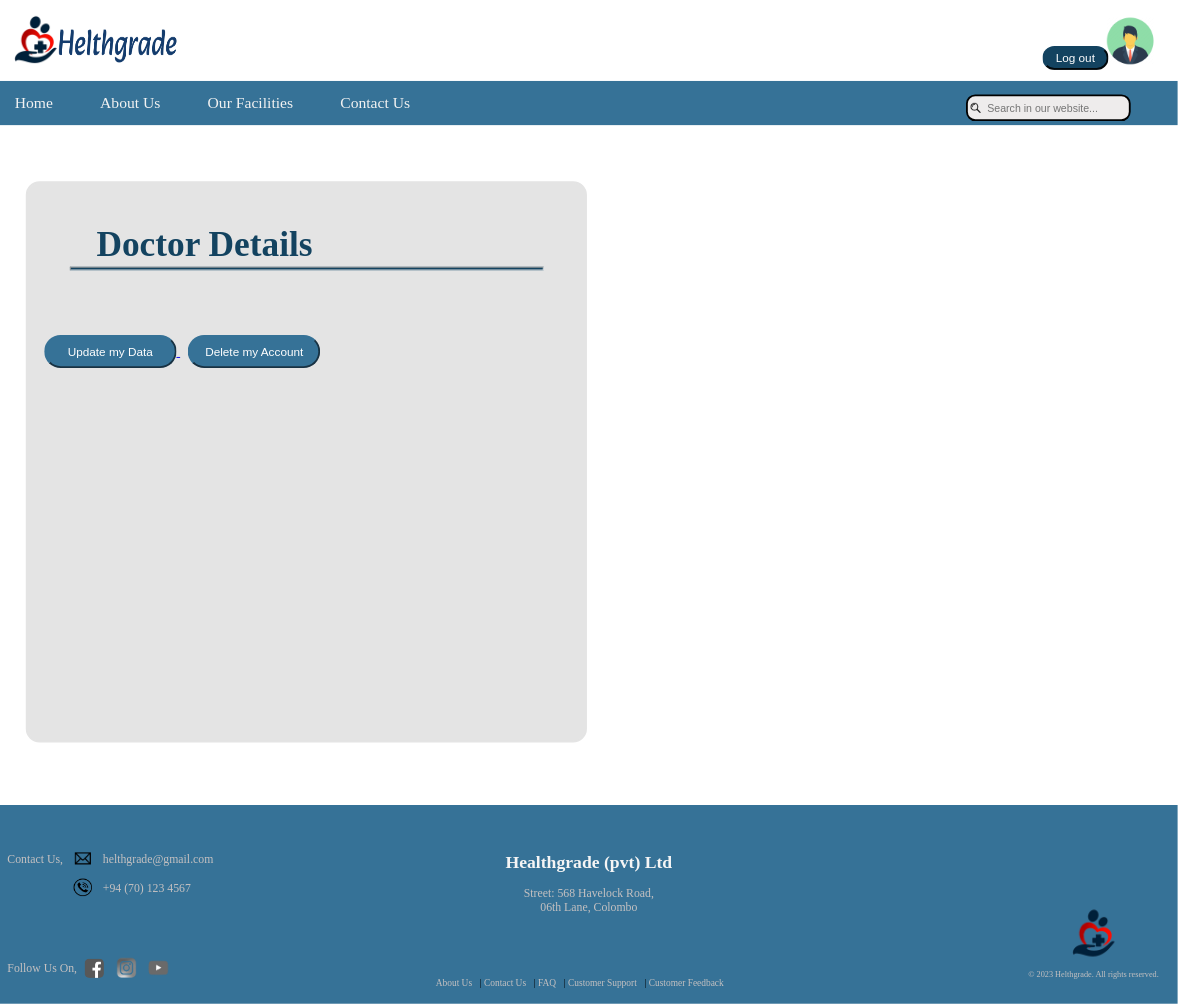
Repository: ILWijewardhana/echannelling-System
Page: http://localhost/echanneling/Doctor.jsp
These files come from the project's save history. The page is drawn as it stood at one moment and after the next save; the edit follows.
The browser window is 1280 px wide. The pictures show the whole page, at 92% of full size.
The page is served by Tomcat 9. Other server files are loaded and not shown. The template is opened directly, without the code that normally fills it, so the values that code supplies are empty.

Above is the page before, as saved 2024-05-13 17:31:13.

### echanneling/src/main/webapp/Doctor.jsp
<%@ page language="java" contentType="text/html; charset=ISO-8859-1"
    pageEncoding="ISO-8859-1"%>
    <%@taglib prefix="c" uri="http://java.sun.com/jsp/jstl/core"%>

<!DOCTYPE html>
<html>
<head>
<meta charset="ISO-8859-1">
<title>Doctor account</title>

	 <link rel="stylesheet" href="CSS/doctor.css">
  </head>
  <body>



  <div class="login">
    <img src="Images/logo.png" id="logo" alt="channel logo">
    <img src="Images/title1.png" id="title" alt="channel title">
    <img src="Images/worker.png" id="pImg" alt="profile image">
  </div>
  <div class="Aname">
    <a href="Home.jsp" id="logout" ><button>Log out</button></a>
  </div>



<!--navigation bar-->
<div class="navBarDiv">
    <div class="topnav">
    <a href="Home.jsp">Home</a>
    <a href="aboutUs.jsp">About Us</a>
    <a href="ourfacility.jsp">Our Facilities</a>
    <a href="contactUs.jsp">Contact Us</a>
</div>

      <div class="search">
        <form style="height: 100%;" onsubmit="return false">
          <input type="search" placeholder="Search in our website..." id="searchBar" onsearch="search()">
          <img src="Images/search.png">
          <script src="JS/searchBar.js"></script>
          <input type="submit" id="searchSubmit">
        </form>
      </div>



   <div id="doc">
    <table  style="width:100%">
        <tr>
            <th align="left">
            <h1>Doctor Details</h1>
            <hr>
            	<table id="table" style="width:90%">
				<c:forEach var ="doc" items ="${docDetails}">

					<c:set var="id" value="${doc.id}"/>
					<c:set var="fname" value="${doc.firstName}"/>
					<c:set var="lname" value="${doc.lastName}"/>
					<c:set var="specialization" value="${doc.specialization}"/>
					<c:set var="address" value="${doc.address}"/>
					<c:set var="email" value="${doc.email}"/>
					<c:set var="phone" value="${doc.phone}"/>
					<c:set var="gender" value="${doc.gender}"/>
					<c:set var="username" value="${doc.username}"/>
					<c:set var="password" value="${doc.password}"/>

					<tr>
						<td>Doctor ID</td>
						<td>${doc.id}</td>
					</tr>
					<tr>
						<td>First Name</td>
						<td>${doc.firstName}</td>
					</tr>
					<tr>
						<td>Last Name</td>
						<td>${doc.lastName}</td>
					</tr>
					<tr>
						<td>Specialization</td>
						<td>${doc.specialization}</td>
					</tr>
					<tr>
						<td>Address</td>
						<td>${doc.address}</td>
					</tr>
					<tr>
						<td>Email</td>
						<td>${doc.email}</td>
					</tr>
					<tr>
						<td>Contact no.</td>
						<td>${doc.phone}</td>
					</tr>
					<tr>
						<td>Gender</td>
						<td>${doc.gender}</td>
					</tr>
					<tr>
						<td>Username</td>
						<td>${doc.username}</td>
					</tr>
					<tr>
						<td>Password</td>
						<td>${doc.password}</td>
					</tr>

				</c:forEach>
				</table>

				<br>
				<br>

				<c:url value="UpdateDoctor.jsp" var="docupdate">
					<c:param name="id" value="${id}"/>
					<c:param name="fname" value="${fname}"/>
					<c:param name="lname" value="${lname}"/>
					<c:param name="specialization" value="${specialization}"/>
					<c:param name="address" value="${address}"/>
					<c:param name="email" value="${email}"/>
					<c:param name="phone" value="${phone}"/>
					<c:param name="gender" value="${gender}"/>
					<c:param name="uname" value="${username}"/>
					<c:param name="Pwd" value="${password}"/>
				</c:url>

                <a href="${docupdate}">
                <input type="button" name="update" class="button1" value="Update my Data">
                </a>

                <c:url value="DeleteDoctor.jsp" var="docdelete">
					<c:param name="id" value="${id}"/>
					<c:param name="fname" value="${fname}"/>
					<c:param name="lname" value="${lname}"/>
					<c:param name="specialization" value="${specialization}"/>
					<c:param name="address" value="${address}"/>
					<c:param name="email" value="${email}"/>
					<c:param name="phone" value="${phone}"/>
					<c:param name="gender" value="${gender}"/>
					<c:param name="uname" value="${username}"/>
					<c:param name="Pwd" value="${password}"/>
				</c:url>

                <a href="${docdelete}">
                <input type="button" name="delete" class="button1" value="Delete my Account">
                </a>

            </th>
        </tr>
    </table>
	<br><br>

	</div>


		   <!--footer-->
    <footer>
        <br><br>
        <table width="30%" class="footerTable">
          <tr>
            <td width="20%">Contact Us,</td>
            <td width="10%"><img src="Images/email.png" width="80%"></td>
            <td style="white-space:nowrap; text-align: left;">helthgrade@gmail.com</td>
          </tr>
          <tr>
            <td></td>
            <td><img src="Images/phone.png" width="55%"></td>
            <td style="text-align: left;">+94 (70) 123 4567</td>
          </tr>
        </table><br><br><br>

        <table width="30%" class="footerTable footerTableHover">
          <tr>
            <td>Follow Us On,</td>
            <td width="10%"><a href="https://www.facebook.com/" target="_blank"><img src="Images/facebook.png" class="fb"></a></td>
            <td width="10%"><a href="https://www.instagram.com/" target="_blank"><img src="Images/insta.png" class="insta"></a></td>
            <td width="10%"><a href="https://www.youtube.com/" target="_blank"><img src="Images/youtube.png" class="yt"></a></td>

            <td width="60%"></td>
          </tr>
        </table><br>

        <div class="address">
          <h2>Healthgrade (pvt) Ltd</h2>
          <p>Street: 568 Havelock Road,<br>06th Lane, Colombo</p>
        </div>

        <div class="hyperLinks">
          <p>
            <a href="aboutUs.jsp">About Us</a> |
            <a href="contactUs.jsp">Contact Us</a> |
            <a href="FAQ.jsp">FAQ</a> |
            <a href="customerSupport.jsp">Customer Support</a> |
            <a href="CustomerFeedback.jsp">Customer Feedback</a>
          </p>
        </div>
        <br><br>

        <div class="bottomLogo">
          <img src="Images/logo.png">
          <p>&copy; 2023 Helthgrade. All rights reserved.</p>
        </div>

      </footer>
    </body>
  </html>

### echanneling/src/main/webapp/CSS/doctor.css
@charset "ISO-8859-1";
body{
    margin: 0px;
    padding: 0px;
    background-color:white;


}

#logo{
    margin: 1%;
    position: absolute;
    margin-top: -1%;
    width: 6vw;
    margin-left: 0%;

}

#title{
    position: absolute;
    width: 10vw;
    margin-top: 1%;
    margin-left: 5%;
    margin-right: auto;
    height: 5%;

}

.login{
    margin-top: 1.5%;
}

#pImg {
    margin-right: 2%;
    width: 4%;
    float: right;
    margin-top:0%
  }
  .Aname h3{
    font-size: 1.3vw;
    text-align: right;
    font-family: Arial, Helvetica, sans-serif;
    margin-top:2%;
    color: #134360;
  }

  a{
    margin-right: 1.5%;
 }

 .Aname button{
    position: absolute;
    height: 3.5vh;
    width: 10vh;
    border-radius: 2vw;
    font-size: 1vw;
    color: white;
    background-color: #134360;
    cursor: pointer;
    transition: 1s;
    left: 88.5%;
    border-color:#134360 ;
    top: 7%;
  }
  .Aname button:hover {
    filter: drop-shadow(0 0 3px #000);
    transform: scale(1);
    transition: 1s;
  }

  /* navigation bar */

.topnav {
    margin-top: 4%;
    overflow: hidden;
    background-color: #367297;
  }

.topnav a {
    float: left;
    color: #f2f2f2;
    text-align: center;
    padding: 14px 16px;
    text-decoration: none;
    font-size: 17px;
  }

.topnav a:hover {
    background-color: #eeecec;
    color: black;
  }

.topnav a.active {
    background-color: #134360;
    color: white;
  }


/*search bar*/
.search {
    width: 14vw;
    height: 4vh;
    margin-left: 82%;
    margin-top: -1.5%;
    transform: translateY(-50%);
    transition: 1s;
  }

.search input {
    margin-bottom: 2%;
    border-color: black;
    background-color:#eeecec;
    border: 2px solid ;
    border-radius: 10px;
    padding-left: 12%;
    width: 100%;
    height: 100%;
    font-size: 1vw;
    transition: 1s;
    color: black;
  }
.search input::placeholder {

    font-size: .9vw;
  }

.search input::-ms-input-placeholder {
    color: grey;
  }

.search img {
    width: .9vw;
    position: absolute;
    left: 3%;
    top: 50%;
    transform: translateY(-50%);
  }

.search input[type=submit] {
    visibility: hidden;
  }

  #doc {
    border: 2px solid ;
    border-color: #e4e4e4;
    border-radius: 15px;
    width: 45%;
    height: 80vh;
    position: relative;
    margin-top: 4%;
    left: 26%;
    transform: translate(-50%);
    transition: 1s;
    background-color:#e4e4e4;
    padding: 15px;
  }
  #doc h1 {
    font-size: 3vw;
    margin-left:10%;
    transition: 1s;
    color:#134360;
  }

  #doc hr{
     height:2px;
      width:90%;
     margin-left:5%;
      background-color: #134360;
      margin-top:-4%;
  }



  #table {
	  font-family: Arial, Helvetica, sans-serif;
	  border-collapse: collapse;
	  width: 100%;
	  border-radius:10px;
	  margin-left:5%;
	  margin-top:6%;
	}
	#table td, #doct th {
	  border: 1px solid #ddd;
	  padding: 8px;
	}
	#table tr:nth-child(even){background-color: #f2f2f2;}
	#table tr:hover {background-color: #ddd;}
	#table th {
	  padding-top: 12px;
	  padding-bottom: 12px;
	  text-align: left;
	  background-color: #04AA6D;
	  color: white;
	}

	.btn1{
	background-color: #367297;
	height: 5vh;
    width: 20vh;
    border-radius: 2vw;
    font-size: 1vw;
    color: white;
    border-color:#367297 ;
    transition: 1s;
	}

  .btn1:hover {
    filter: drop-shadow(0 0 3px #000);
    transform: scale(1);
    transition: 1s;
  }

  .button1{
	background-color: #367297;
	height: 5vh;
    width: 20vh;
    border-radius: 2vw;
    font-size: 1vw;
    color: white;
    border-color:#367297 ;
    transition: 1s;
	}

  .button1:hover {
    filter: drop-shadow(0 0 3px #000);
    transform: scale(1);
    transition: 1s;
  }

  .button2{
	background-color: #367297;
	height: 5vh;
    width: 20vh;
    border-radius: 2vw;
    font-size: 1vw;
    color: white;
    border-color:#367297 ;
    transition: 1s;
    margin-top:3%;
    margin-left:2%;
	}

  .button2:hover {
    filter: drop-shadow(0 0 3px #000);
    transform: scale(1);
    transition: 1s;
  }

   /* footer */

footer {
    display: block;
    box-sizing: border-box;
    position: relative;
    padding: 5px 5px 0px 5px;
    left: 0px;
    right: 0px;
    bottom: -10px;
    margin-top: 8vh;
    overflow: hidden;
    width: 100%;
    background-color: #367297;
    height: 30vh;
  }
  .footerTable td {
    font-size: 105%;
    font-size: 1vw;
    margin-top: 5vh;
    color: rgb(197, 193, 193);
  }
  .footerTable tr td {
    text-align: center;
    margin-top: 4vh;
  }
  .footerTable td:first-child {
    width: 1%;
    white-space: nowrap;
  }
  .socials {
    position: absolute;
    margin-top: -2.1%;
    margin-left: 4%;
  }
  .fb {
    margin-top: 10%;
    width: 70%;
    border-radius: 5px;
  }
  .insta {
    margin-top: 10%;
    width: 70%;
  }
  .yt {
    margin-top: 10%;
    width: 80%;
  }
  .tiktok {
    margin-top: 10%;
    width: 70%;
    border-radius: 5px;
  }
  .footerTableHover img:hover {
    transform: scale(110%);
    filter: drop-shadow(0px 0px 1px #000);
  }
  .address {
    position: absolute;
    top: 32%;
    left: 50%;
    transform: translate(-50%, -50%);
    text-align: center;
  }
  .address h2 {
    margin-top: 25%;
    font-size: 1.5vw;
    color:whitesmoke;
  }
  .address p {
    font-size: 1vw;
    color: rgb(197, 193, 193);
  }
  .hyperLinks {
    position: absolute;
    font-size: .8vw;
    top: 90%;
    left: 52%;
    transform: translate(-50%, -50%);
    width: 30%;
  }
  .hyperLinks p a {
    text-decoration: none;
    color: rgb(197, 193, 193);
  }
  .hyperLinks p a:hover {
    color:black;
  }
  .hyperLinks .currentFooter {
    font-weight: bold;
  }
  .hyperLinks .currentFooter:hover {
    cursor: default;
  }
  .bottomLogo {
    padding: 5px;
    position: absolute;
    right: 0;
    width: 15vw;
    height: fit-content;
    top: 50%;
    transform: translate(0, -45%);
  }
  .bottomLogo img {
    position: relative;
    width: 40%;
    margin-top: 35%;
    left: 35%;
  }
  .bottomLogo p {
    position: relative;
    font-size: .7vw;
    text-align: center;
    margin-top: -2%;
    color: rgb(197, 193, 193);
    left: 5%;
  }

### echanneling/src/main/webapp/JS/searchBar.js
/**
 *
 */function search()
{
    var text = document.getElementById("searchBar").value;
    text = text.toLowerCase();
    if(text == 'home')
    {
        window.location = "../HTML/Home.html";
    }
    else if(text == 'our work')
    {
        window.location = "../HTML/ourWork.html";
    }
    else if(text == 'admin login')
    {
        window.location = "../HTML/adminLogin.html";
    }
    else if(text == 'employee login')
    {
        window.location = "../HTML/employeeLogin.html";
    }
    else if(text == 'login')
    {
        window.location = "../HTML/login.html";
    }
    else if(text == 'customer support')
    {
        window.location = "../HTML/customerSupport.html";
    }
    else if(text == 'feedback')
    {
        window.location = "../HTML/feedback.php";
    }
    else if(text == 'what we do')
    {
        window.location = "../HTML/whatWeDo.html";
    }
    else if(text == 'about us' || text == 'who we are')
    {
        window.location = "../HTML/aboutUs.html";
    }
    else if(text == 'contact us')
    {
        window.location = "../HTML/contactUs.html";
    }
    else if(text == 'faq')
    {
        window.location = "../HTML/FAQ.html";
    }
    else if(text == 'register')
    {
        window.location = "../HTML/register.html";
    }
    else
    {
        alert("No such webpage available. Try 'home'");
    }
    console.log(text);
}

After the next save:
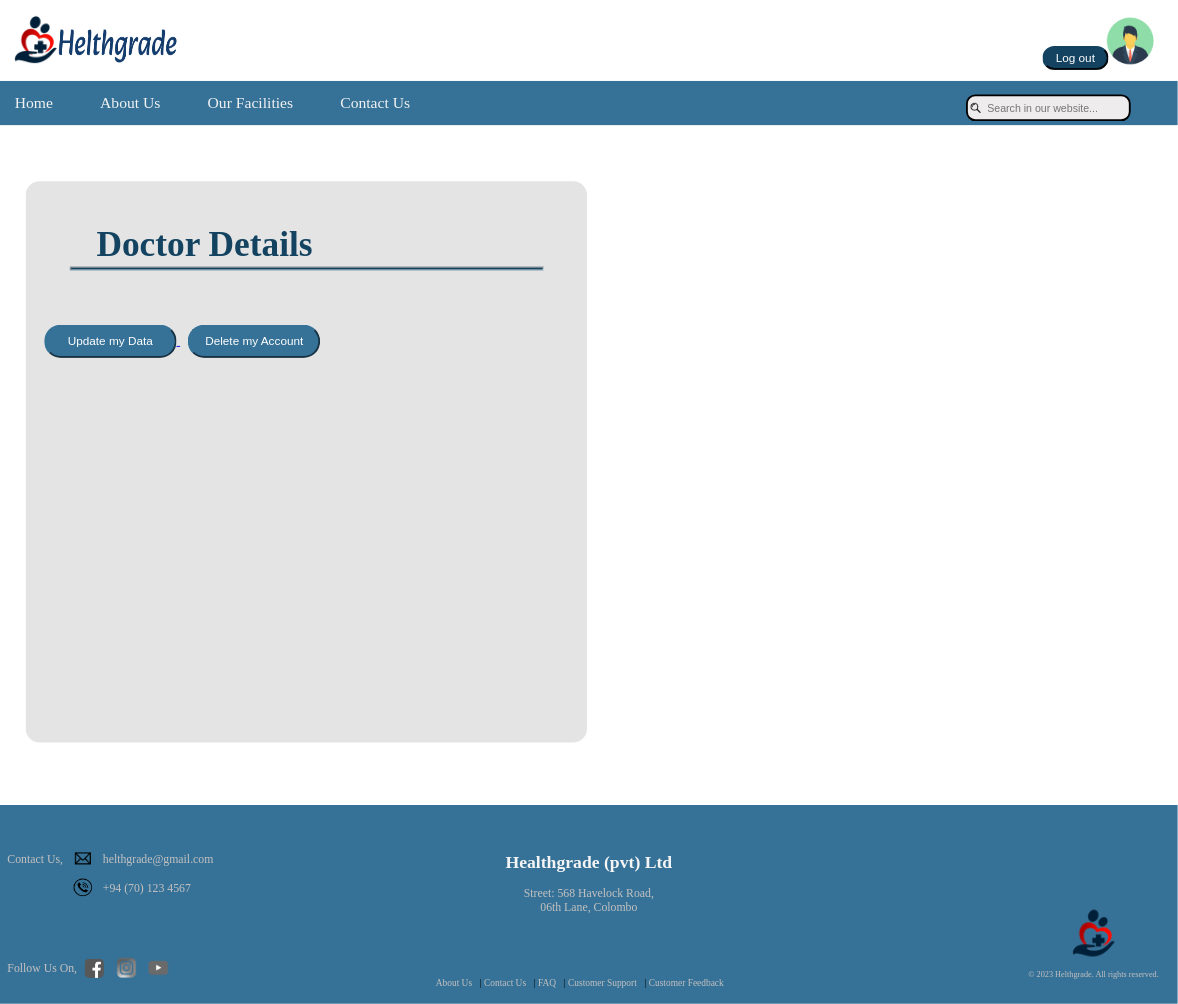
Saved 59 s later.
--- a/echanneling/src/main/webapp/CSS/doctor.css
+++ b/echanneling/src/main/webapp/CSS/doctor.css
@@ -177,7 +177,7 @@ body{
 	  width: 100%;
 	  border-radius:10px;
 	  margin-left:5%;
-	  margin-top:6%;
+	  margin-top:4%;
 	}
 	#table td, #doct th {
 	  border: 1px solid #ddd;
